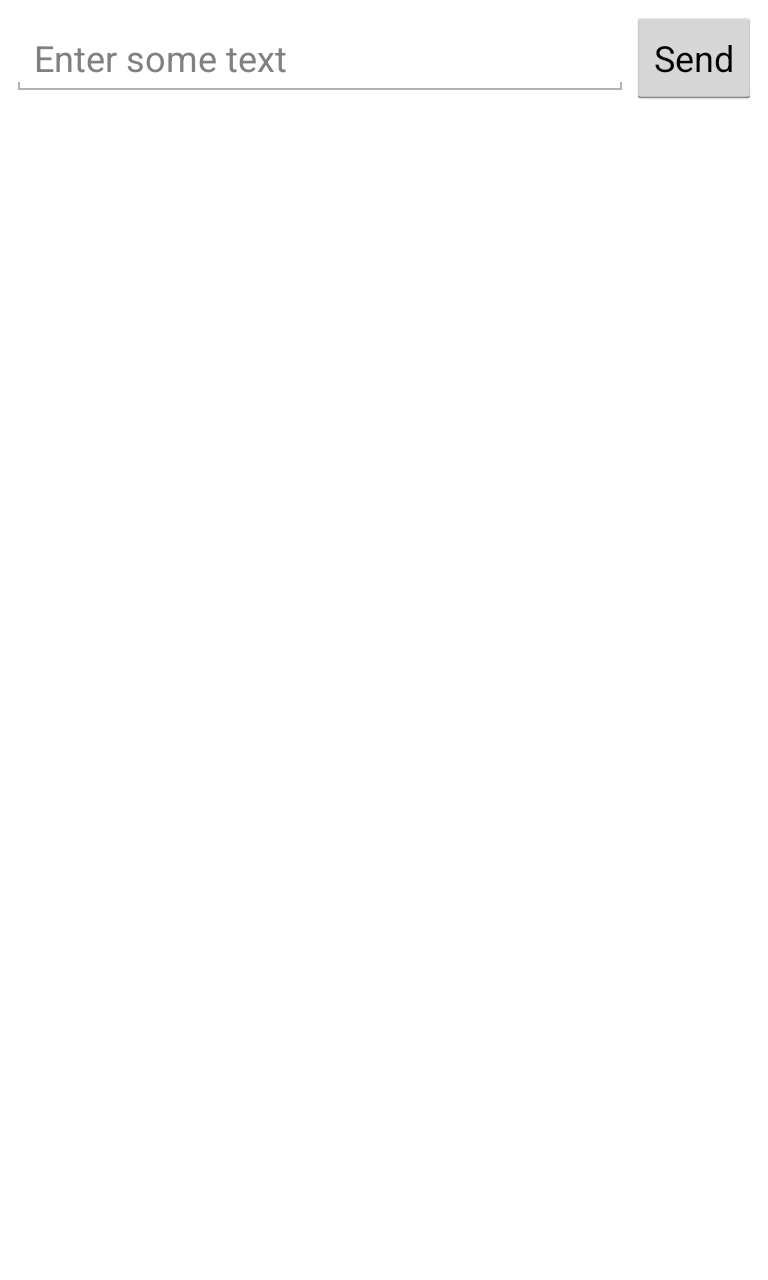
Repository: griffinfujioka/Ideas_Android
Layout: Ideas/res/layout/activity_home.xml
An editor plug-in stored every save of this project. The layout is shown before and after the next save, followed by the edit.
It is drawn on a 768 x 1280 px phone screen (xhdpi) without system bars, with theme AppTheme; the app's code is not run.

Above is the layout before, as saved 2013-11-13 22:46:00.

After the next save:
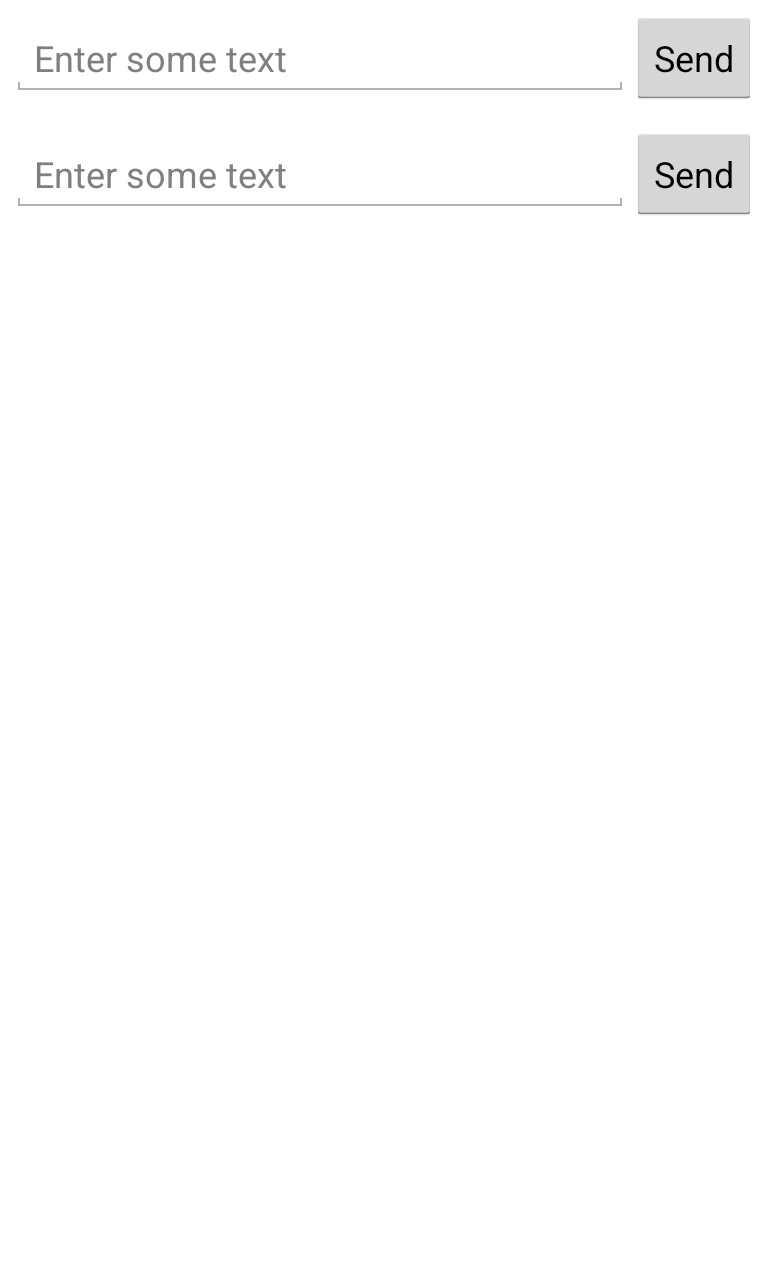
Saved 62 s later.
--- a/Ideas/res/layout/activity_home.xml
+++ b/Ideas/res/layout/activity_home.xml
@@ -23,6 +23,23 @@
         android:text="@string/button_send" />
     </TableRow>
 
+    <TableRow
+        android:id="@+id/tableRow1"
+        android:layout_width="wrap_content"
+        android:layout_height="wrap_content"
+        android:padding="5dip" >
+        <EditText
+        android:id="@+id/edit_message"
+        android:layout_weight="1"
+        android:layout_width="0dp"
+        android:layout_height="wrap_content"
+        android:hint="@string/edit_message" />
+
+    <Button
+        android:layout_width="wrap_content"
+        android:layout_height="wrap_content"
+        android:text="@string/button_send" />
+    </TableRow>
 
 
 </TableLayout>

After the save that followed:
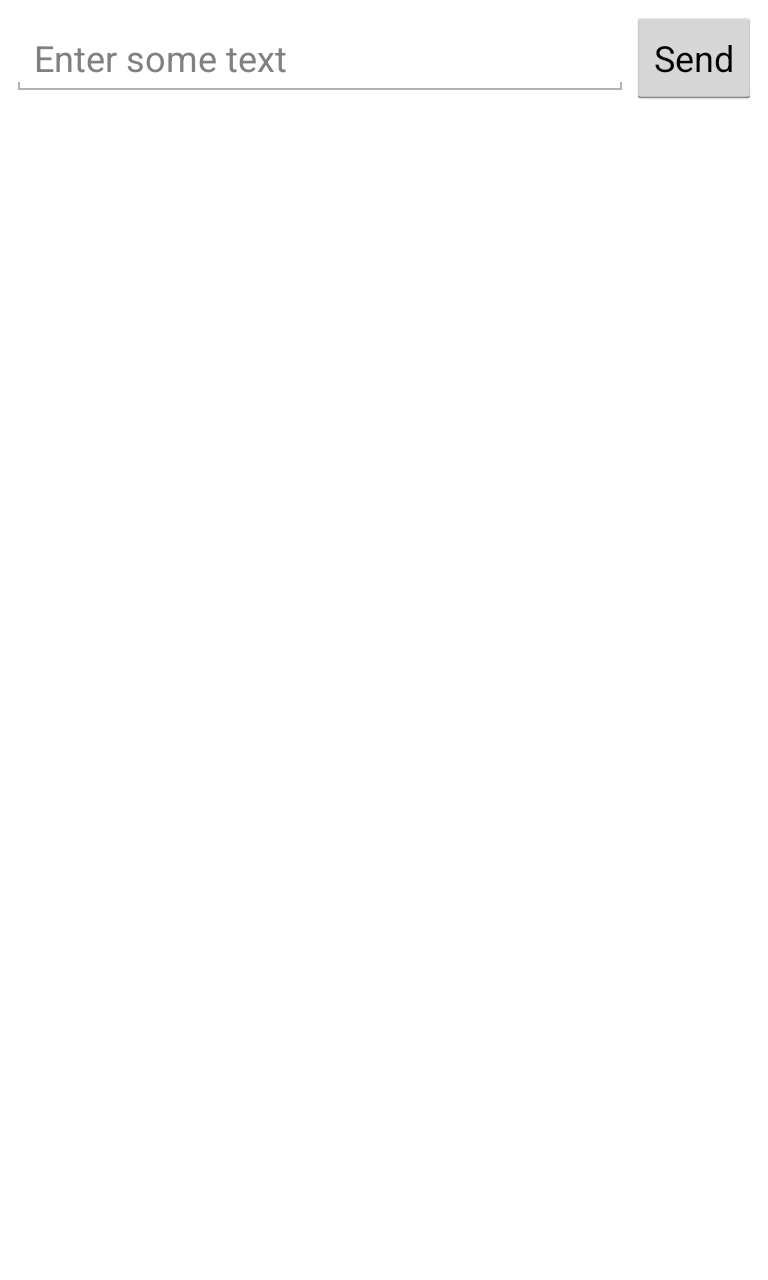
Saved 2 min 34 s later.
--- a/Ideas/res/layout/activity_home.xml
+++ b/Ideas/res/layout/activity_home.xml
@@ -23,23 +23,7 @@
         android:text="@string/button_send" />
     </TableRow>
 
-    <TableRow
-        android:id="@+id/tableRow1"
-        android:layout_width="wrap_content"
-        android:layout_height="wrap_content"
-        android:padding="5dip" >
-        <EditText
-        android:id="@+id/edit_message"
-        android:layout_weight="1"
-        android:layout_width="0dp"
-        android:layout_height="wrap_content"
-        android:hint="@string/edit_message" />
 
-    <Button
-        android:layout_width="wrap_content"
-        android:layout_height="wrap_content"
-        android:text="@string/button_send" />
-    </TableRow>
 
 
 </TableLayout>
